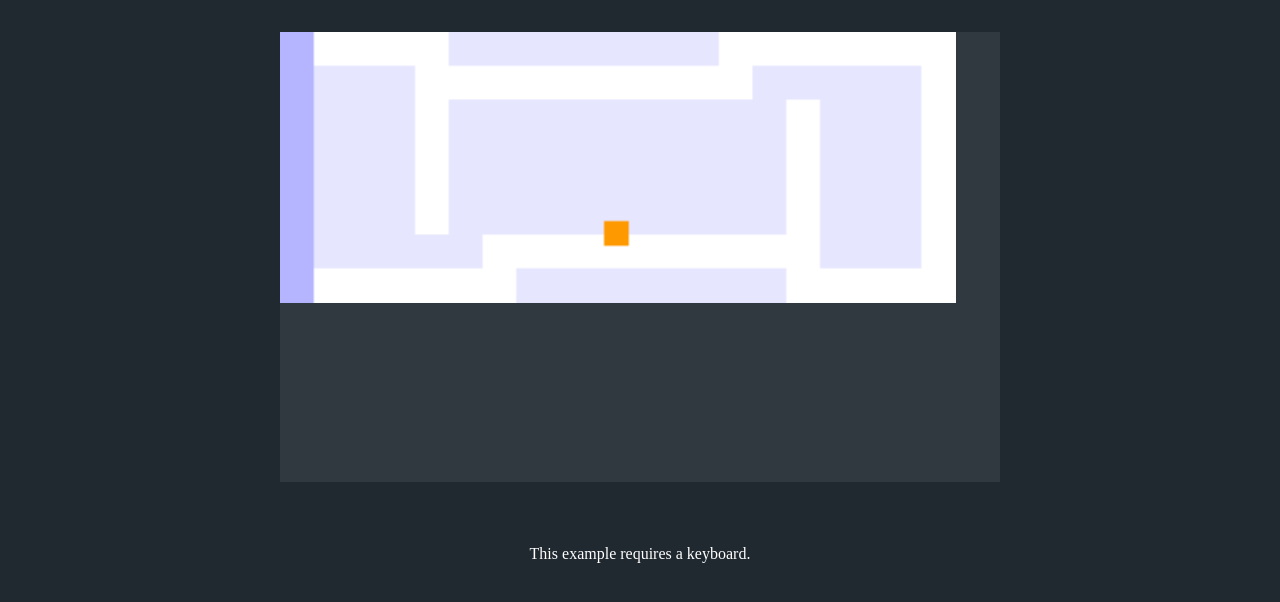
Repository: jh0l/WorldsHardestGame
Page: index.html
These files come from the project's save history. The page is drawn as it stood at one moment and after the next save; the edit follows.
The browser window is 1280 px wide. The pictures show the whole page.

Above is the page before, as saved 2018-07-19 01:04:58.

### index.html
<html>

<head>

	<meta name="viewport" content="width=device-width">
	<link href="src/index.css" rel="stylesheet" type="text/css">

	<title>PoP Vlog - Top Down Tiles</title>

</head>

<body>

	<canvas></canvas>

	<p>This example requires a keyboard.</p>

	<script src="src/index.js" type="text/javascript"></script>

</body>

</html>

### src/index.css
* {
  box-sizing: border-box;
  margin: 0;
  padding: 0;
}

html {
  height: 100%;
  width: 100%;
}

body {
  align-content: space-around;
  background-color: #202830;
  color: #ffffff;
  display: grid;
  grid-template-columns: auto;
  grid-template-rows: auto auto auto auto;
  height: 100%;
  justify-content: space-around;
  text-align: center;
  width: 100%;
}

canvas {
  background-color: #303840;
  justify-self: center;
}

### src/index.js
(function() {
  "use strict";

  var controller, display, game;

  controller = {
    down: false,
    left: false,
    right: false,
    up: false,

    keyUpDown: function(event) {
      var key_state = event.type == "keydown" ? true : false;

      switch (event.keyCode) {
        case 65:
          controller.left = key_state;
          break; // left key
        case 87:
          controller.up = key_state;
          break; // up key
        case 68:
          controller.right = key_state;
          break; // right key
        case 83:
          controller.down = key_state;
          break; // down key
      }
    }
  };
  const tileValColor = (val, index) => {
    if (val != '0') {
      return index % game.world.columns === 0 ? "#b4b5fe" : "#fff";
    }
    return "#e6e6ff";
  };
  display = {
    buffer: document.createElement("canvas").getContext("2d"),
    context: document.querySelector("canvas").getContext("2d"),
    output: document.querySelector("p"),

    render: function() {
      for (let index = game.world.map.length - 1; index > -1; --index) {
        this.buffer.fillStyle = tileValColor(game.world.map[index], index);
        this.buffer.fillRect(
          (index % game.world.columns) * game.world.tile_size,
          Math.floor(index / game.world.columns) * game.world.tile_size,
          game.world.tile_size,
          game.world.tile_size
        );
      }

      this.buffer.fillStyle = game.player.color;
      this.buffer.fillRect(
        game.player.x,
        game.player.y,
        game.player.width,
        game.player.height
      );

      this.context.drawImage(
        this.buffer.canvas,
        0,
        0,
        this.buffer.canvas.width,
        this.buffer.canvas.height,
        0,
        0,
        this.context.canvas.width,
        this.context.canvas.height
      );
    },

    resize: function(event) {
      var client_height = document.documentElement.clientHeight;

      display.context.canvas.width = document.documentElement.clientWidth - 32;

      if (display.context.canvas.width > client_height) {
        display.context.canvas.width = client_height;
      }

      display.context.canvas.height = Math.floor(
        display.context.canvas.width * 0.625
      );

      display.render();
    }
  };
  const playerSize = 11;
  game = {
    /* This is the player object. Make sure to note that for this collision method
    to work, you must record the current and last positions of your game objects
    to use in collision detection. It is used to calculate the vector used to determine
    if an object is entering into a collision tile and from what side. */
    player: {
      color: "#ff9900",
      height: playerSize,
      old_x: 160, // these are what you should take note of. Don't worry, it's useful
      old_y: 160, // to keep track of old positions for many physics methods. These aren't one trick pony's.
      speed: 3,
      velocity_x: 0,
      velocity_y: 0,
      width: playerSize,
      x: 160 - 16,
      y: 100 - 16,

      // These functions just make it easy to read the collision code
      get bottom() {
        return this.y + this.height;
      },
      get oldBottom() {
        return this.old_y + this.height;
      },
      get left() {
        return this.x;
      }, // kind of pointless, but used
      get oldLeft() {
        return this.old_x;
      }, // to help visualize the collision methods
      get right() {
        return this.x + this.width;
      },
      get oldRight() {
        return this.old_x + this.width;
      },
      get top() {
        return this.y;
      }, // equally pointless as left side calculations
      get oldTop() {
        return this.old_y;
      }
    },

    world: {
      map: []
      // the routing functions below with matching numbers

      // represent these tiles and route their values to
      // the collision methods you might expect based on their names
    },

    /* This object is responsible for getting the collision methods that match
    tile values in the map. It uses what I call routing functions to group reusable
    narrow phase collision methods together to create a variety of different tile
    boundary shapes. You can get the same effect with an array of routing functions rather
    than giving an object's routing functions numeric indexes, if you prefer. It might be faster. */
    collision: {
      // top wall collision tile
      1: function(object, row, column) {
        // The player hits the bottom of ceiling tiles.
        this.bottomCollision(object, row);
      },

      // left wall collision tile
      2: function(object, row, column) {
        this.rightCollision(object, column);
      },

      // right wall collision tile
      3: function(object, row, column) {
        // The player collides with the left side of a wall on the right of the map.
        this.leftCollision(object, column); // Confusing to visualize, but true.
      },

      // bottom wall collision tile
      4: function(object, row, column) {
        this.topCollision(object, row);
      },

      // block tile with four walls
      5: function(object, row, column) {
        /* It makes sense to test the most likely side to be collided with first.
        In a top down game, all sides are hit about the same number of times, depending
        on gameplay, but in a side scroller with downward pulling gravity, the tops of
        tiles will usually get the most traffic, so it makes sense to test the tops
        first in those scenarios. */
        if (this.topCollision(object, row)) {
          return;
        } // Make sure to early out
        if (this.leftCollision(object, column)) {
          return;
        } // if a collision is detected.
        if (this.rightCollision(object, column)) {
          return;
        }
        this.bottomCollision(object, row); // No need to early out on the last check.
      },
      // left and right only
      6: function(object, row, column) {
        if (this.leftCollision(object, column)) {
          return;
        }
        this.rightCollision(object, column);
      },
      // left, right and bottom only
      7: function(object, row, column) {
        if (this.leftCollision(object, column)) {
          return;
        }
        if (this.rightCollision(object, column)) {
          return;
        }
        this.bottomCollision(object, row); // No need to early out on the last check.
      },
      //left right and top only
      8: function(object, row, column) {
        if (this.leftCollision(object, column)) {
          return;
        }
        if (this.rightCollision(object, column)) {
          return;
        }
        this.topCollision(object, row); // No need to early out on the last check.
      },
      //left and top
      9: function(object, row, column) {
        if (this.leftCollision(object, column)) {
          return;
        }
        this.topCollision(object, row); // No need to early out on the last check.
      },
      //bottom and right
      a: function(object, row, column) {
        if (this.rightCollision(object, column)) {
          return;
        }
        this.bottomCollision(object, row); // No need to early out on the last check.
      },

      /* Here are the narrow phase collision detection and response functions.
      For a deeper insight into how these work, and what's going on, I'm using
      leftCollision as an example. The principles I explain here apply to all
      of the other narrow phase collision methods. Note that they're basically
      doing the same thing, just for different flat sides of a tile. */
      leftCollision(object, column) {
        /* To calculate the player's movement vector, I'm no longer using its velocity (like in the last tutorial).
        Instead, I'm going to calculate it based on it's current and last positions.
        the old way was if (object.velocity_x > 0), now it's if (object.x - object.old_x > 0).
        This is a bit more reliable in my opinion, depending on how and when you calculate your velocity. */

        /* If the object is not moving right, how will it ENTER into the left side of a tile?
        If not moving right, the player can't possibly ENTER the left side of a tile.
        We are only concerned with resolving collisions objects ENTER into. If they are spawned
        inside a collision tile, it is not the collision manager's job to resolve that, it is
        the level designer's job to fix the level design so collision can be as efficient as possible. */
        if (object.x - object.old_x > 0) {
          // the left side of the specified tile column
          var left = column * game.world.tile_size;

          /* This tests to see if our object is ENTERING through the collision boundary
          along the correct movement vector. If its current position is past the boundary
          and its old position is before the boundary, we know that it has entered into collision with the tile. */
          if (object.right > left && object.oldRight <= left) {
            object.velocity_x = 0;
            object.x = object.old_x = left - object.width - 0.001;
            /* You really don't need to reset the player's old position here if you are
            setting it at the start of each game loop, but if you are using a fixed time step
            game loop with interpolation, it will make your collisions look more pixel perfect.
            The reason for this is because with interpolation, your player may be drawn slightly
            away from the wall he just collided with on the next frame of animation depending on
            how much time has passed. So, you don't need to do this, but it doesn't hurt. It may
            be a problem if you end up changing old positions for player to player collisions as well,
            however, because old positions are used to calculate vectors for tile collision.
            Just make sure changing old positions are the last thing you do before the next frame,
            and you should be fine. */

            return true;
          }
        }

        return false;
      },

      rightCollision(object, column) {
        if (object.x - object.old_x < 0) {
          // the right side of the specified tile column
          var right = (column + 1) * game.world.tile_size;

          if (object.left < right && object.oldLeft >= right) {
            object.velocity_x = 0;
            object.old_x = object.x = right;

            return true;
          }
        }

        return false;
      },

      bottomCollision(object, row) {
        // if the object is moving up
        if (object.y - object.old_y < 0) {
          var bottom = (row + 1) * game.world.tile_size;

          if (object.top < bottom && object.oldTop >= bottom) {
            object.velocity_y = 0;
            object.old_y = object.y = bottom;
          }
        }
      },

      topCollision(object, row) {
        // if the object is moving down
        if (object.y - object.old_y > 0) {
          // the top side of the specified tile row
          var top = row * game.world.tile_size;

          // if the object has passed through the tile boundary since the last game cycle
          if (object.bottom > top && object.oldBottom <= top) {
            object.velocity_y = 0;
            object.old_y = object.y = top - object.height - 0.01;

            return true;
          }
        }

        return false;
      }
    },

    // The game loop:
    loop: function() {
      // Get controller input and move that player object!
      if (controller.down) {
        game.player.velocity_y += game.player.speed;
      }

      if (controller.up) {
        game.player.velocity_y -= game.player.speed;
      }

      if (controller.left) {
        game.player.velocity_x -= game.player.speed;
      }

      if (controller.right) {
        game.player.velocity_x += game.player.speed;
      }

      // Update the player object:
      game.player.old_x = game.player.x; // Set the old position to the current position
      game.player.old_y = game.player.y; // before we update the current position, thus making it current

      game.player.x += game.player.velocity_x; // Update the current position
      game.player.y += game.player.velocity_y;

      // Do collision detection and response with the boundaries of the screen.
      // if (game.player.x < 0) {
      //   game.player.velocity_x = 0;
      //   game.player.old_x = game.player.x = 0;
      // } else if (
      //   game.player.x + game.player.width >
      //   display.buffer.canvas.width
      // ) {
      //   game.player.velocity_x = 0;
      //   game.player.old_x = game.player.x =
      //     display.buffer.canvas.width - game.player.width - 0.001;
      //   /* I added that - 0.001 to the equation to really push the player object back into
      //   the game world. If the edge of the world is 320 px, and you set the right edge of
      //   the player obect to 320, technically its tile position will be 1 tile to the right of
      //   the edge of the world when calculated. Say there are 10 columns in the map, and each
      //   tile is 32 pixels wide. 320/32 is 10, but since our map index starts at 0, a value of 10
      //   falls outside of the map's number of columns. Failing to handle this can result in
      //   testing collision on tiles in another row, or tiles at undefined positions in the map array.*/
      // }

      if (game.player.y < 0) {
        game.player.velocity_y = 0;
        game.player.old_y = game.player.y = 0;
      } else if (
        game.player.y + game.player.height >
        display.buffer.canvas.height
      ) {
        game.player.velocity_y = 0;
        game.player.old_y = game.player.y =
          display.buffer.canvas.height - game.player.height - 0.001;
      }

      /* Here is where we do broadphase collision detection with the four corners of
      our player object. This is very important. In the last tutorial the player only
      had 1 collision registration point. Collision was simple, then. Now, it's just as
      simple, but we need to do it for each corner of our player object. */

      /* Once again, there's no point of testing collision if we're not moving. depending
      on which direction we are moving we must test different collision registration points
      on our player. For instance, if he is moving left, we test the points on his left side: */
      if (game.player.x - game.player.old_x < 0) {
        // test collision on left side of player if moving left

        /* There are much more efficient ways to write this code without repeating
        variable names and this big monsterous block of if statements, but I thought it
        would be good to have specific variable names and less abstraction so you can
        get an idea of what's going on. */
        var left_column = Math.floor(game.player.left / game.world.tile_size);
        var bottom_row = Math.floor(game.player.bottom / game.world.tile_size);
        var value_at_index =
          game.world.map[bottom_row * game.world.columns + left_column];

        if (value_at_index != 0) {
          // Check the bottom left point

          game.collision[value_at_index](game.player, bottom_row, left_column);
          display.output.innerHTML =
            "last tile collided with: " + value_at_index;
        }

        var top_row = Math.floor(game.player.top / game.world.tile_size);
        value_at_index =
          game.world.map[top_row * game.world.columns + left_column];

        if (value_at_index != 0) {
          // Check the top left point

          game.collision[value_at_index](game.player, top_row, left_column);
          display.output.innerHTML =
            "last tile collided with: " + value_at_index;
        }
      } else if (game.player.x - game.player.old_x > 0) {
        // Is the player moving right?

        var right_column = Math.floor(game.player.right / game.world.tile_size);
        var bottom_row = Math.floor(game.player.bottom / game.world.tile_size);
        var value_at_index =
          game.world.map[bottom_row * game.world.columns + right_column];

        if (value_at_index != 0) {
          // Check the bottom right point

          game.collision[value_at_index](game.player, bottom_row, right_column);
          display.output.innerHTML =
            "last tile collided with: " + value_at_index;
        }

        var top_row = Math.floor(game.player.top / game.world.tile_size);
        value_at_index =
          game.world.map[top_row * game.world.columns + right_column];

        if (value_at_index != 0) {
          // Check the top right point

          game.collision[value_at_index](game.player, top_row, right_column);
          display.output.innerHTML =
            "last tile collided with: " + value_at_index;
        }
      }

      if (game.player.y - game.player.old_y < 0) {
        var left_column = Math.floor(game.player.left / game.world.tile_size);
        var top_row = Math.floor(game.player.top / game.world.tile_size);
        var value_at_index =
          game.world.map[top_row * game.world.columns + left_column];

        if (value_at_index != 0) {
          // Check the top left point

          game.collision[value_at_index](game.player, top_row, left_column);
          display.output.innerHTML =
            "last tile collided with: " + value_at_index;
        }

        var right_column = Math.floor(game.player.right / game.world.tile_size);
        value_at_index =
          game.world.map[top_row * game.world.columns + right_column];

        if (value_at_index != 0) {
          // Check the top right point

          game.collision[value_at_index](game.player, top_row, right_column);
          display.output.innerHTML =
            "last tile collided with: " + value_at_index;
        }
      } else if (game.player.y - game.player.old_y > 0) {
        var left_column = Math.floor(game.player.left / game.world.tile_size);
        var bottom_row = Math.floor(game.player.bottom / game.world.tile_size);
        var value_at_index =
          game.world.map[bottom_row * game.world.columns + left_column];

        if (value_at_index != 0) {
          // Check the bottom left point

          game.collision[value_at_index](game.player, bottom_row, left_column);
          display.output.innerHTML =
            "last tile collided with: " + value_at_index;
        }

        var right_column = Math.floor(game.player.right / game.world.tile_size);
        value_at_index =
          game.world.map[bottom_row * game.world.columns + right_column];

        if (value_at_index != 0) {
          // Check the bottom right point

          game.collision[value_at_index](game.player, bottom_row, right_column);
          display.output.innerHTML =
            "last tile collided with: " + value_at_index;
        }
      }

      game.player.velocity_x = 0;
      game.player.velocity_y = 0;

      display.render();

      window.requestAnimationFrame(game.loop);
    }
  };

  display.buffer.canvas.height = 200;
  display.buffer.canvas.width = 320;

  window.addEventListener("resize", display.resize);
  window.addEventListener("keydown", controller.keyUpDown);
  window.addEventListener("keyup", controller.keyUpDown);

  display.resize();
  // 1s are ceiling tiles
  // 2s and 3s are right and left wall tiles
  // 5 is a solid block/box tile
  // 4 is a floor tile
  const mapStr = `
11111000000001111111
2000311111111a000003
20006000000000080003
20006000000000060003
20006000000000060003
20007000000000060003
20000094444444420003
14444410000000014441
`;
  const map = mapStr
    .slice(1, -1)
    .replace(/\n/g, "")
    .split("");
  game.world = Object.assign(game.world, {
    columns: mapStr.split("\n")[1].length,
    rows: 5,
    tile_size: 15,
    map
  });
  game.loop();
})();

After the next save:
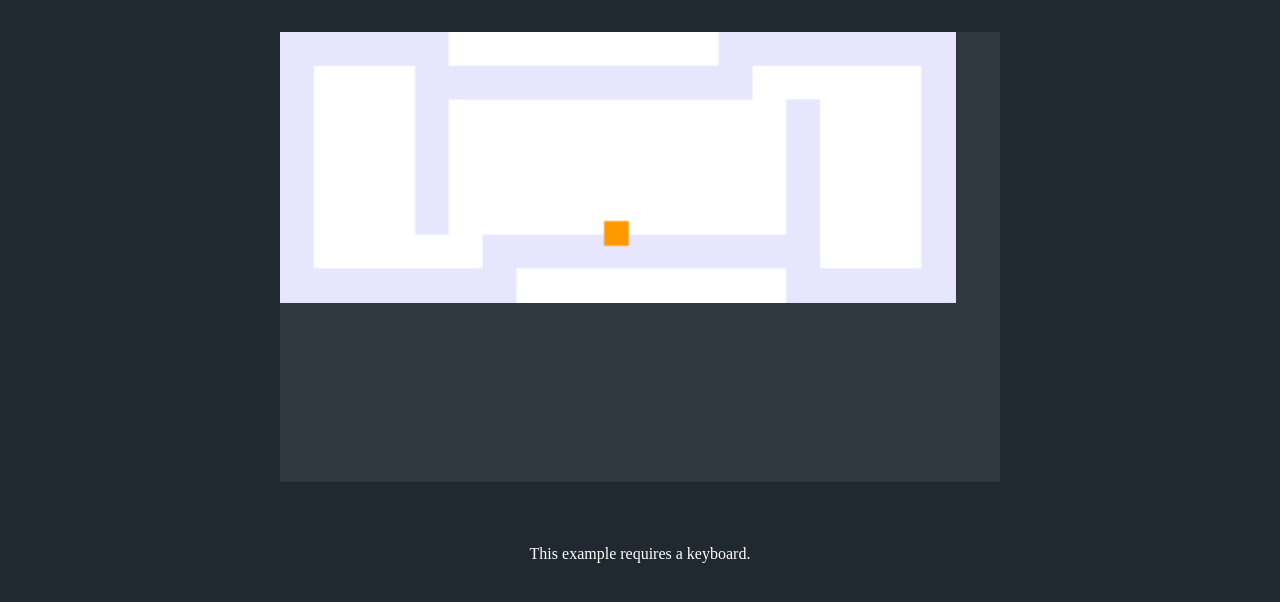
Saved 37 s later.
--- a/src/index.js
+++ b/src/index.js
@@ -29,7 +29,7 @@
     }
   };
   const tileValColor = (val, index) => {
-    if (val != '0') {
+    if (val === '0') {
       return index % game.world.columns === 0 ? "#b4b5fe" : "#fff";
     }
     return "#e6e6ff";
